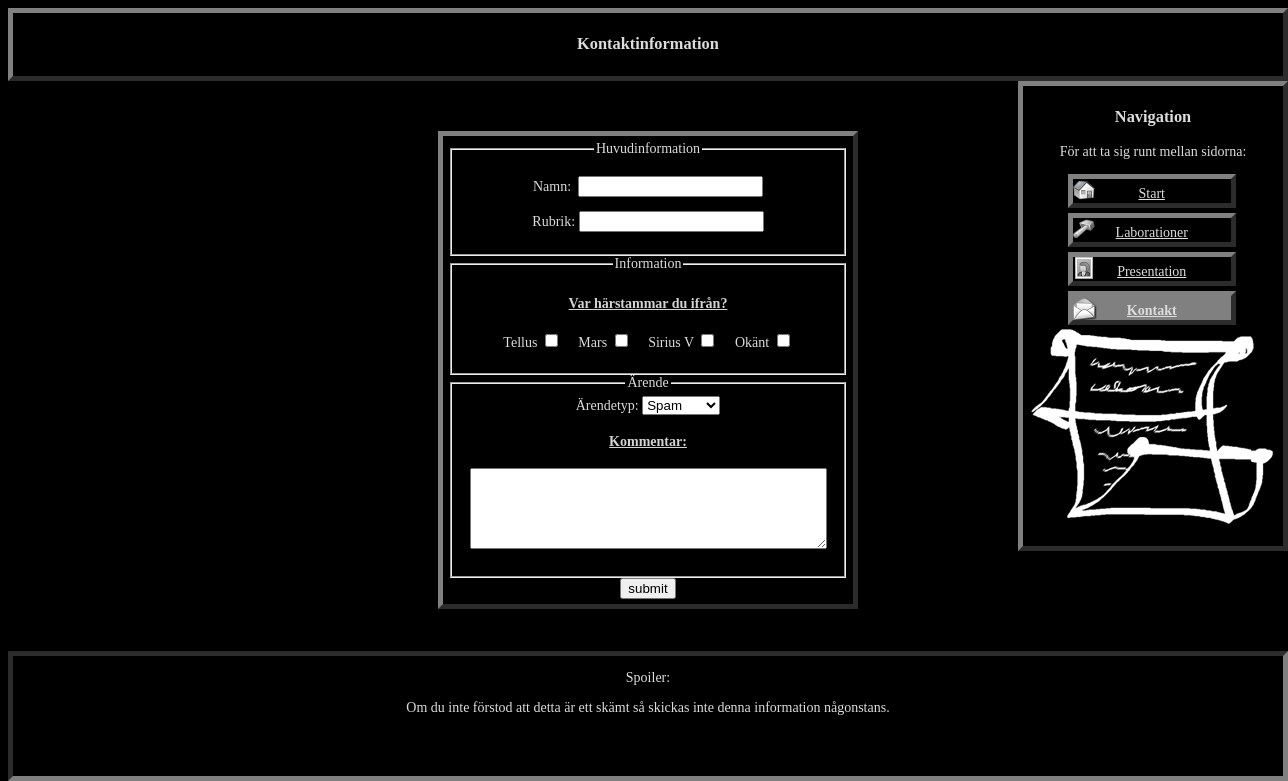
Repository: cg222im/1IK415_cg222im
Page: pages/kontakt.html
The author's editor kept a record of every edit. The page is drawn from the files as they stood at one moment, then again after the next edit.
The browser window is 1280 px wide. The page is 1288 px wide, so the pictures cover 1288 px, including what lies to the right of the window. The pictures show the whole page.

Above is the page before.

After the next edit:
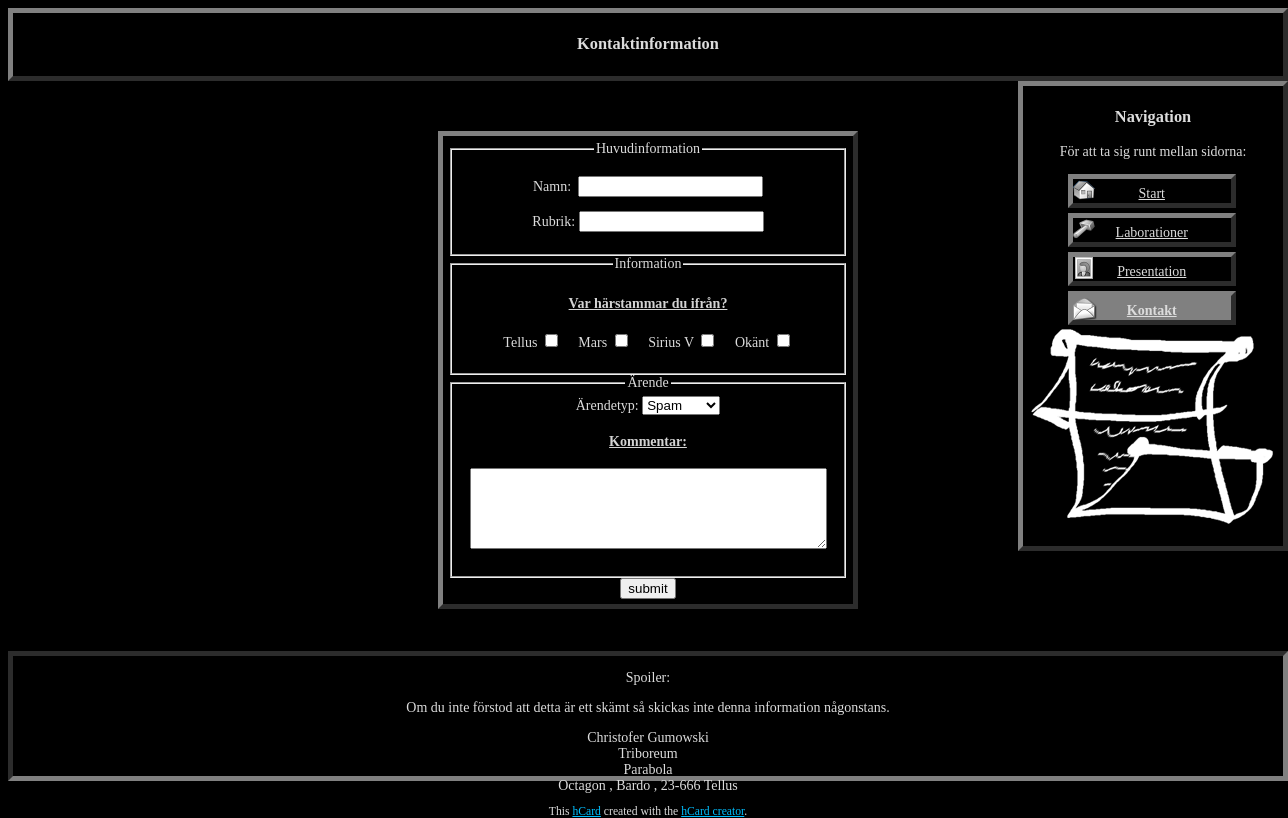
The edit:
--- a/pages/kontakt.html
+++ b/pages/kontakt.html
@@ -102,6 +102,22 @@
     <div id="footer">
         <p>Spoiler:</p>
         <p>Om du inte förstod att detta är ett skämt så skickas inte denna information någonstans.</p>
+        <div id="hcard-Christofer-Gumowski" class="vcard">
+ <span class="fn">Christofer Gumowski</span>
+ <div class="org">Triboreum</div>
+ <div class="adr">
+  <div class="street-address">Parabola</div>
+  <span class="locality">Octagon</span>
+,
+  <span class="region">Bardo</span>
+,
+  <span class="postal-code">23-666</span>
+
+  <span class="country-name">Tellus</span>
+
+ </div>
+<p style="font-size:smaller;">This <a href="http://microformats.org/wiki/hcard">hCard</a> created with the <a href="http://microformats.org/code/hcard/creator">hCard creator</a>.</p>
+</div>
     </div>
 
 
